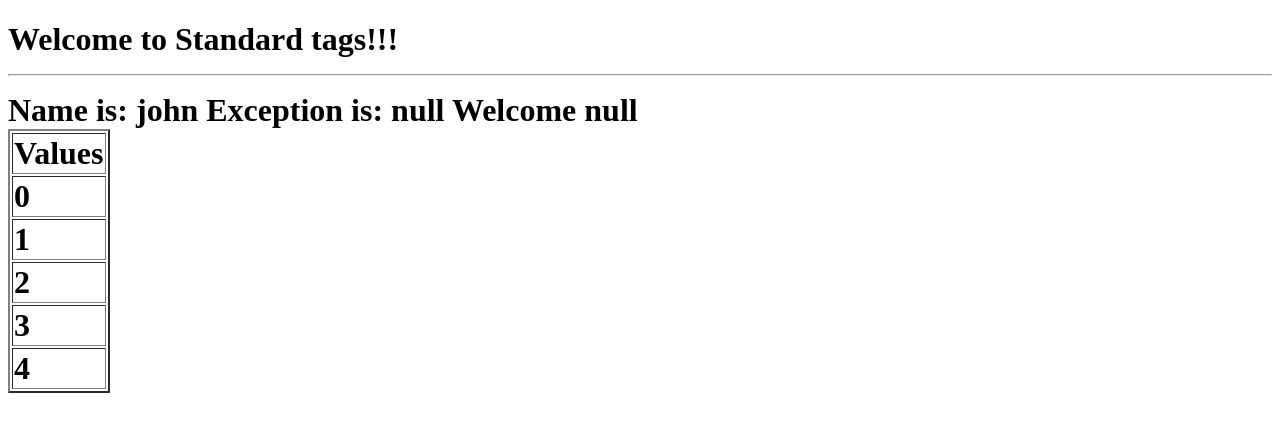
Repository: aditiee/CybageTraining
Page: http://localhost/shoppingcart/StandTags.jsp
The author's editor kept a copy of each file at every save. The page is drawn from the files as they stood at one save, then again after the next save.
The browser window is 1280 px wide. The pictures show the whole page.
The page is served by Tomcat 9.

Above is the page before, as saved 2019-02-08 07:18:28.

After the next save:
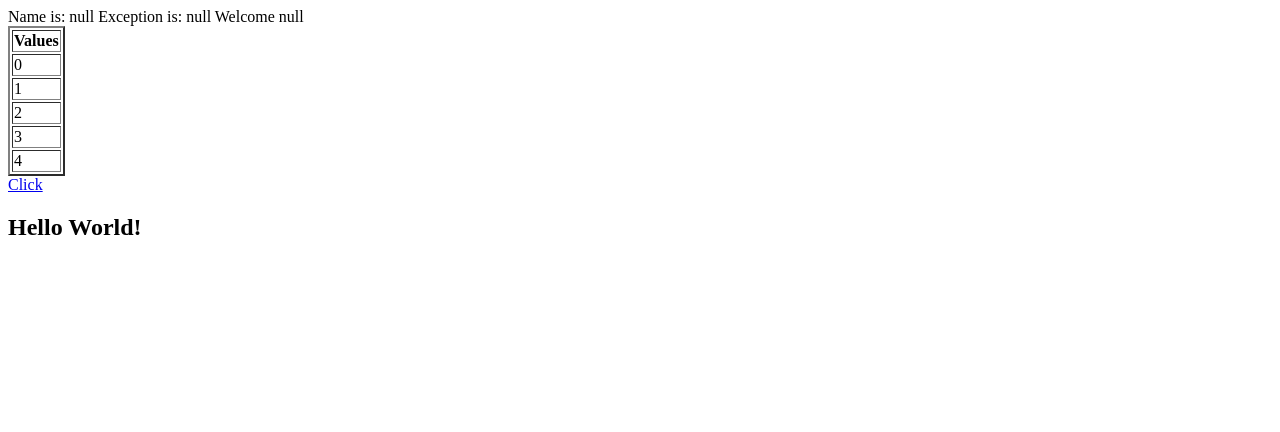
Saved 26 s later.
--- a/Advance Java/demos/shoppingcart/src/main/webapp/StandTags.jsp
+++ b/Advance Java/demos/shoppingcart/src/main/webapp/StandTags.jsp
@@ -11,5 +11,9 @@
 <jsp:include page="First.jsp">
 <jsp:param value="john" name="u"/>
 </jsp:include>
+
+
+<jsp:forward page="index.jsp"></jsp:forward>
+
 </body>
 </html>
